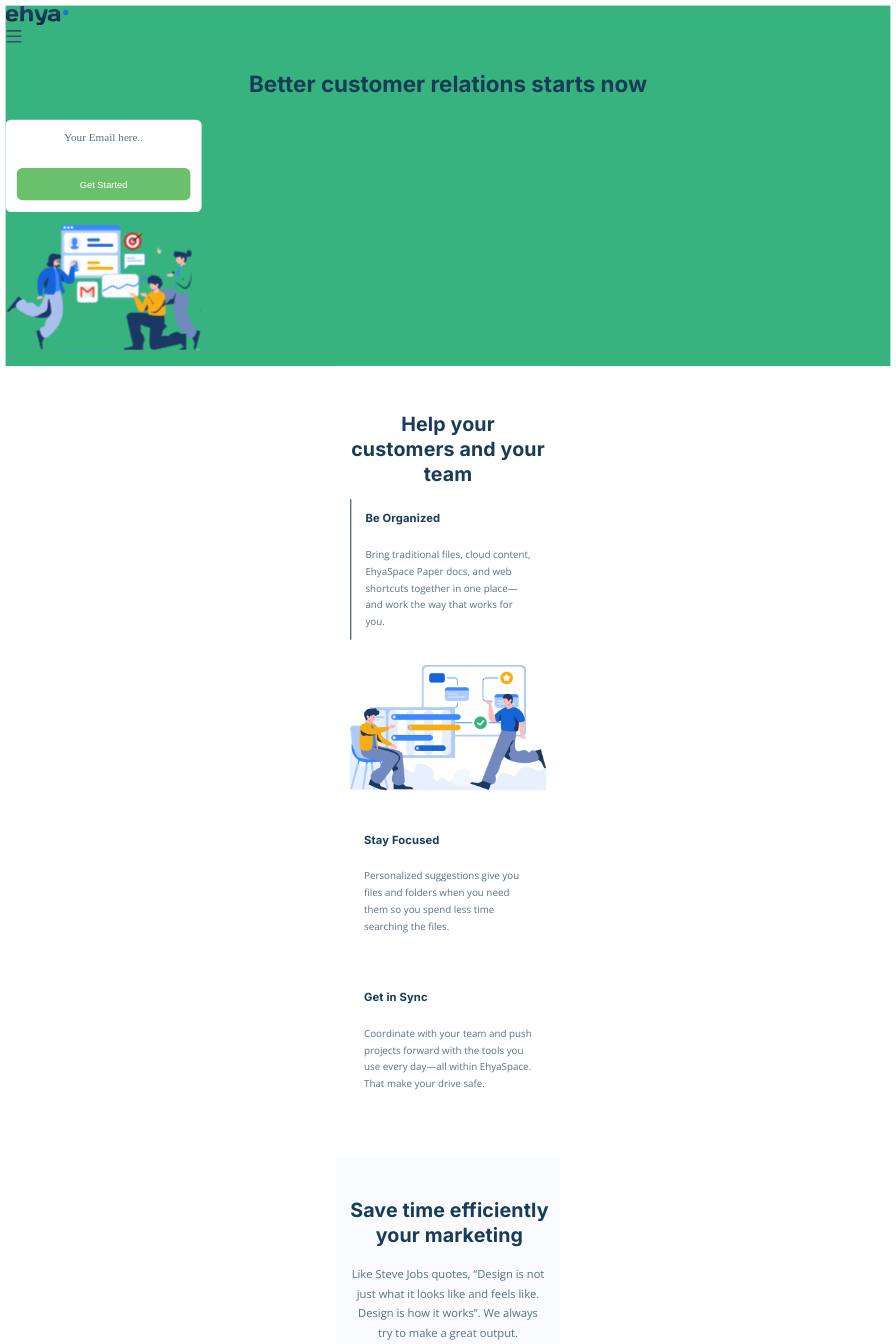
Repository: umlaufissss/provaFront
Page: HTML/index.html
An editor plug-in stored every save of this project. The page is shown before and after a run of saves, followed by the edit.
The browser window is 1280 px wide. The pictures show the part of the page from y = 0 to 1920 px (the page is 3413 px tall), at 70% of full size.
Some web fonts or font styles are not loaded; a fallback is used.

Above is the page before, as saved 2026-06-22 19:19:33.

After the next 3 saves:
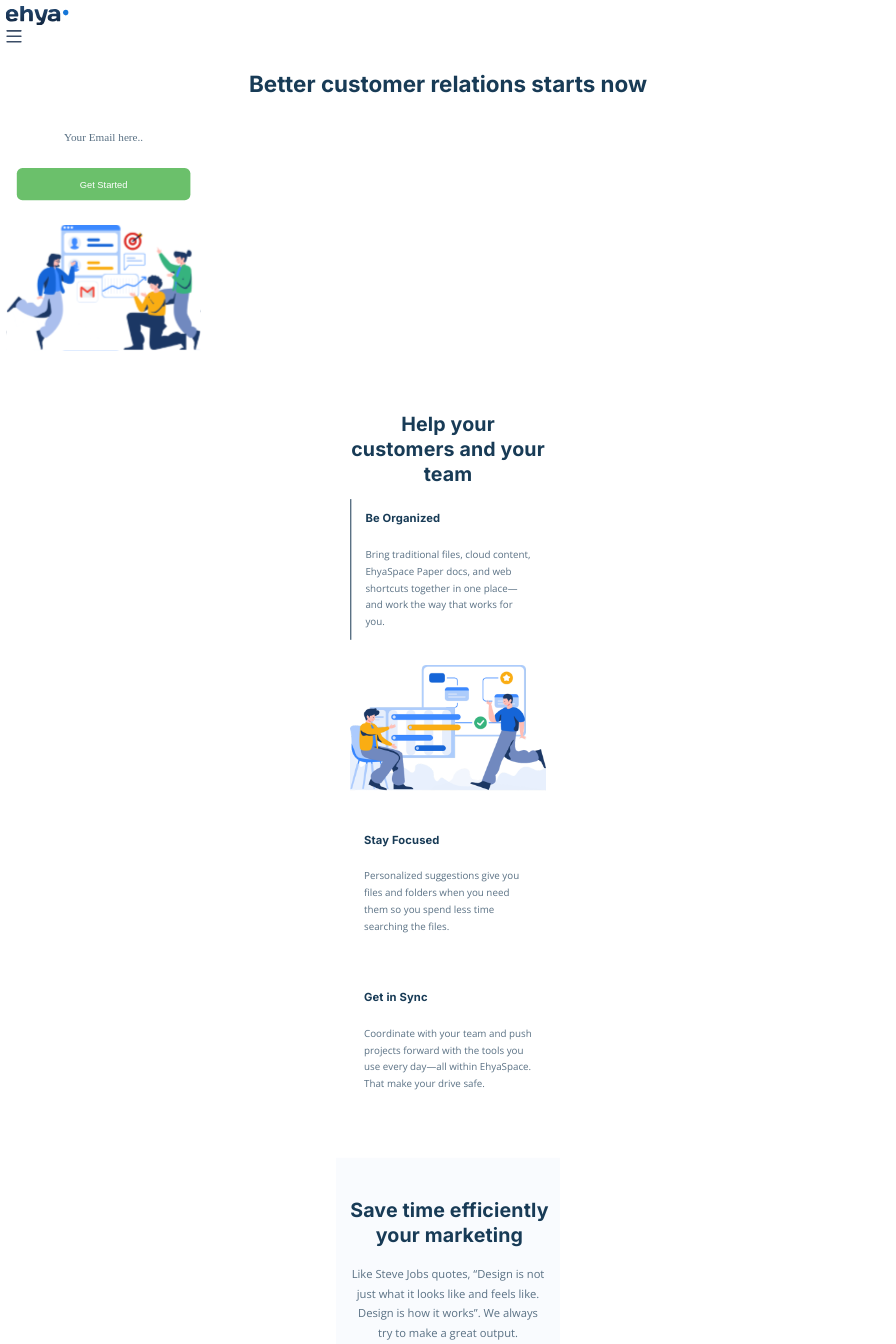
The 3 saves are shown as one change because they came seconds apart.
The last was saved 7 s later.
--- a/HTML/index.html
+++ b/HTML/index.html
@@ -145,6 +145,7 @@
 
         <section class="third" id="support">
             <h2>We try to give all for our member</h2>
+
         </section>
 
         <footer class="baseboard">
--- a/CSS/style.css
+++ b/CSS/style.css
@@ -9,6 +9,7 @@
     --color-steel-blue: #5A7184;
     --color-gray: #B3BAC5;
     --color-dotted-line: #9DAAB6;
+    --color
 ;#EBF8F3 :yarg-rolo
 
     /*Opacidade*/
@@ -22,7 +23,7 @@
 
 .mainGrid{
     margin:0px;
-    background-color:#36B37E ;
+#EBF8F3    background-color:#36B37E ;
 
 }
 
